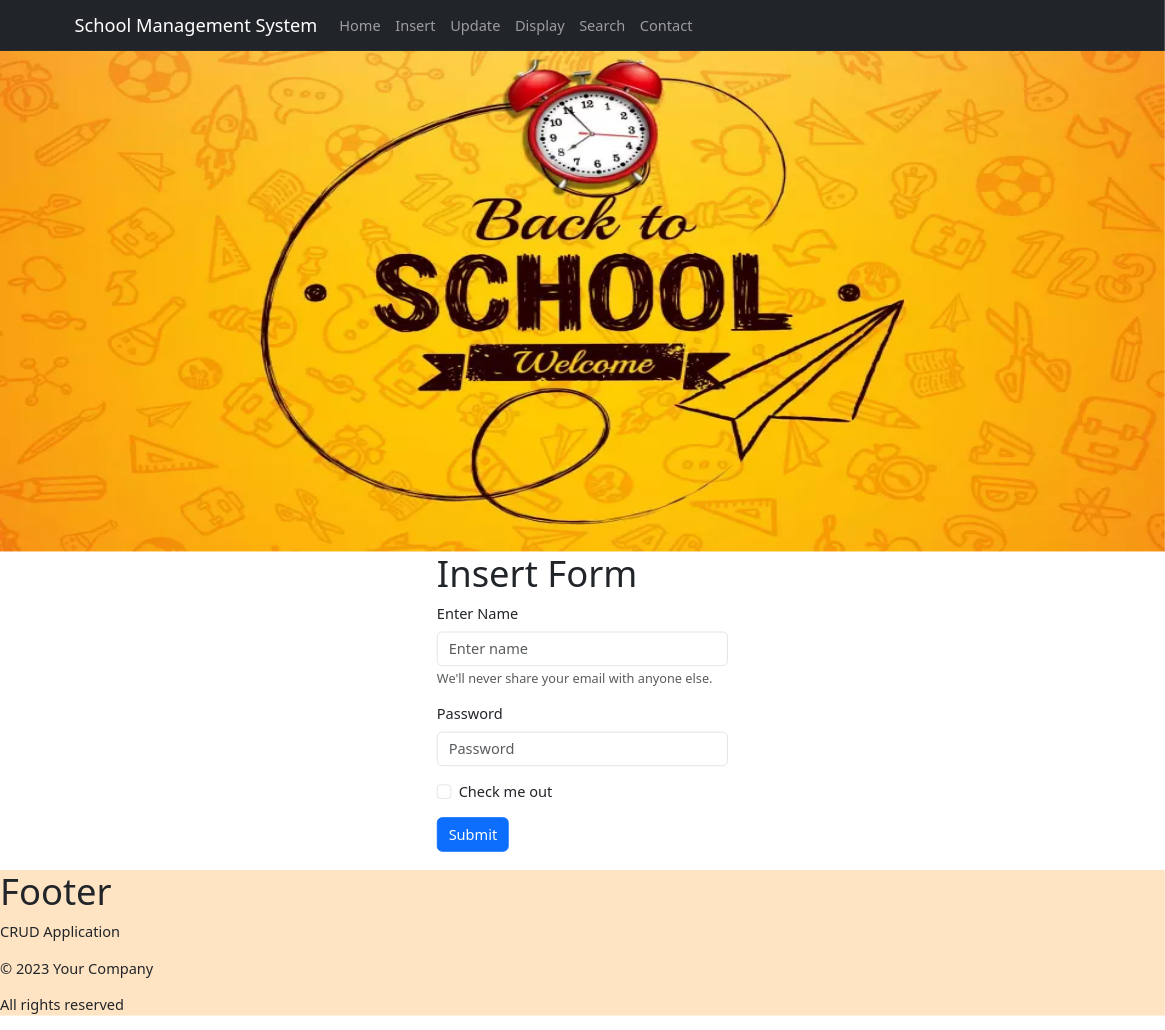
Repository: ankitgujre01/React-day-12
Page: /insert (app in crud/)
These files come from the project's save history. The page is drawn as it stood at one moment and after the next save; the edit follows.
The browser window is 1280 px wide. The pictures show the whole page, at 91% of full size.
The project was rebuilt for these pictures with package versions that can differ from the ones it lists, and the page was loaded fresh each time. Also part of the build but not shown: crud/vite.config.js, crud/src/pages/Home.jsx, crud/src/pages/Display.jsx, crud/src/pages/Search.jsx, crud/src/pages/Contact.jsx. Imported but missing from the stored project, and not drawn on this page: crud/src/pages/Update.

Above is the page before, as saved 2025-04-12 09:30:45.

After the next save:
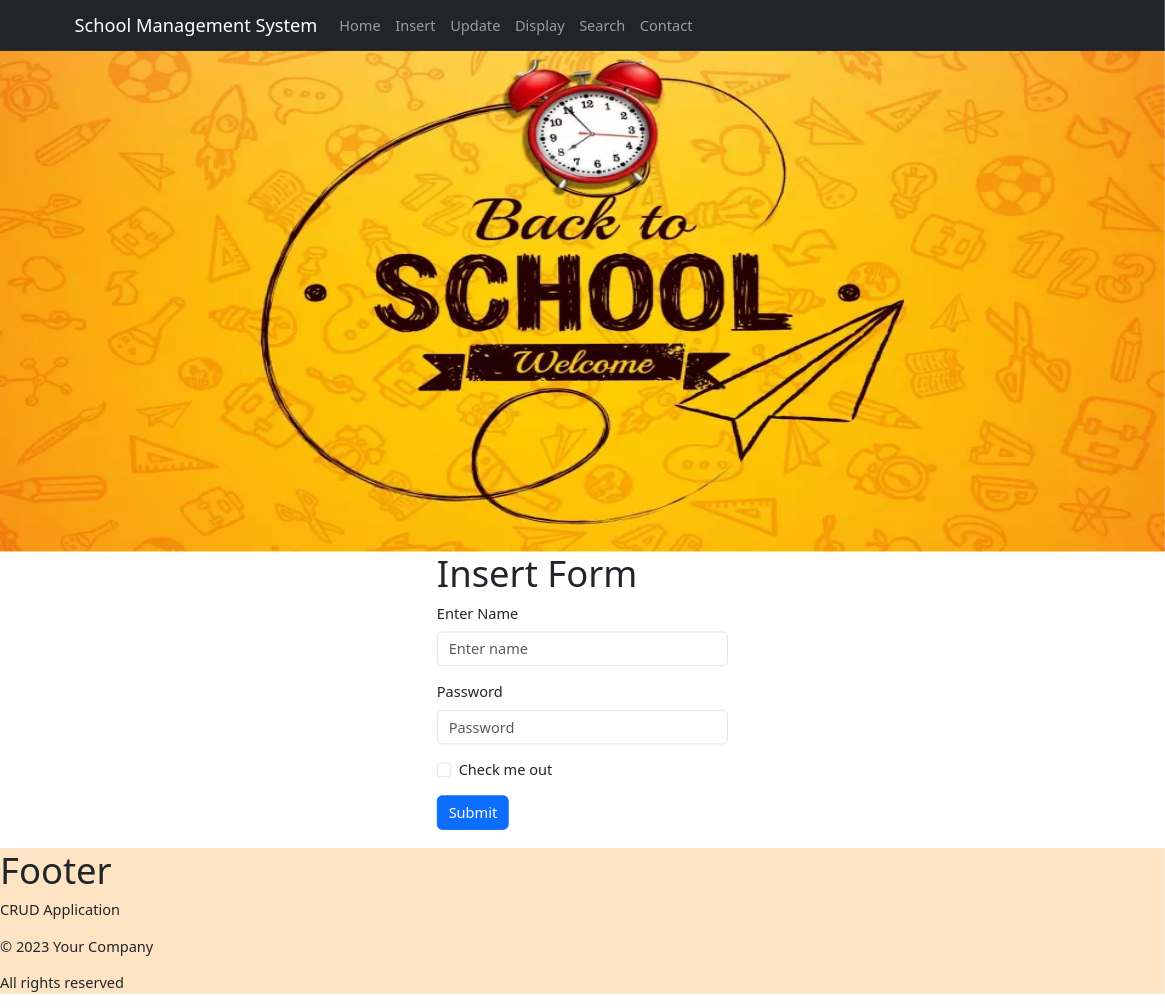
Saved 11 s later.
--- a/crud/src/pages/Insert.jsx
+++ b/crud/src/pages/Insert.jsx
@@ -11,9 +11,7 @@
       <Form.Group className="mb-3" controlId="formBasicEmail">
         <Form.Label>Enter Name</Form.Label>
         <Form.Control type="text" placeholder="Enter name" />
-        <Form.Text className="text-muted">
-          We'll never share your email with anyone else.
-        </Form.Text>
+
       </Form.Group>
 
       <Form.Group className="mb-3" controlId="formBasicPassword">
